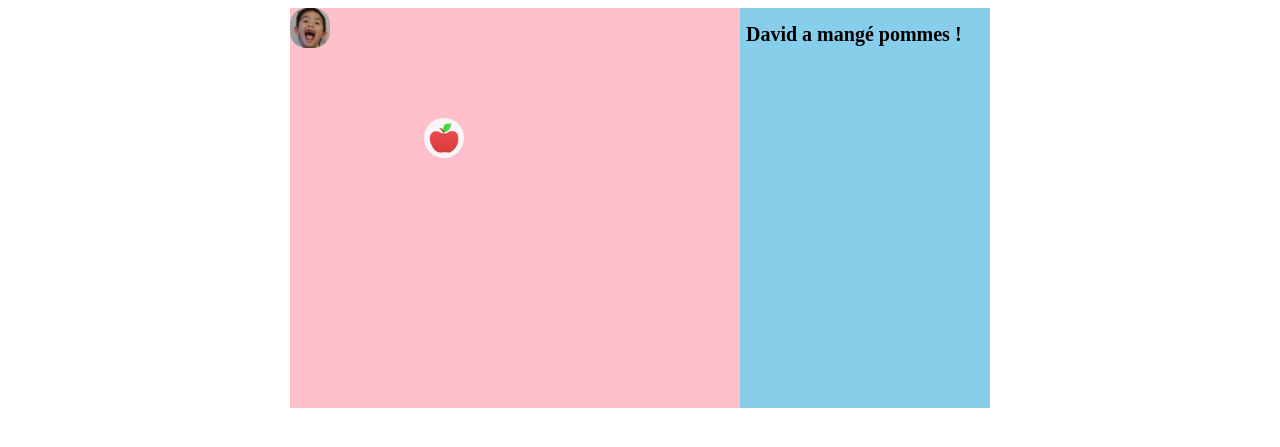
Repository: clairedupuich/kong_jian
Page: snake_game/snake.html
These files come from the project's save history. The page is drawn as it stood at one moment and after a run of saves; the edit follows.
The browser window is 1280 px wide. The pictures show the whole page.

Above is the page before, as saved 2020-12-19 19:25:10.

After the next 2 saves:
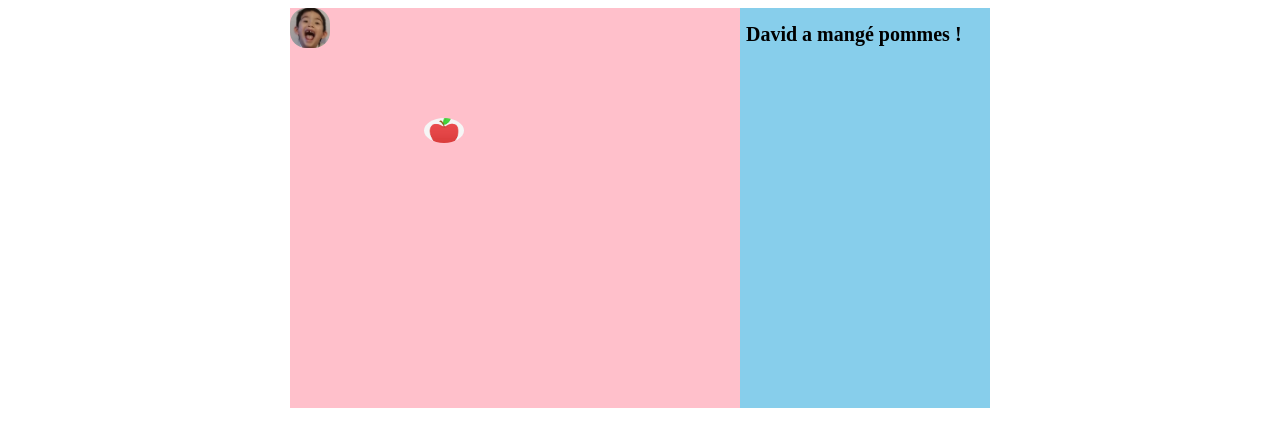
The 2 saves are shown as one change because they came seconds apart.
The last was saved 60 s later.
--- a/snake_game/snake.css
+++ b/snake_game/snake.css
@@ -32,7 +32,7 @@
     top:0px;
 }
 #food{
-    height: 40px;
+    height: 25px;
     width: 40px;
    /*  background: blue; */
    background-image: url(img/téléchargement.jpeg);
